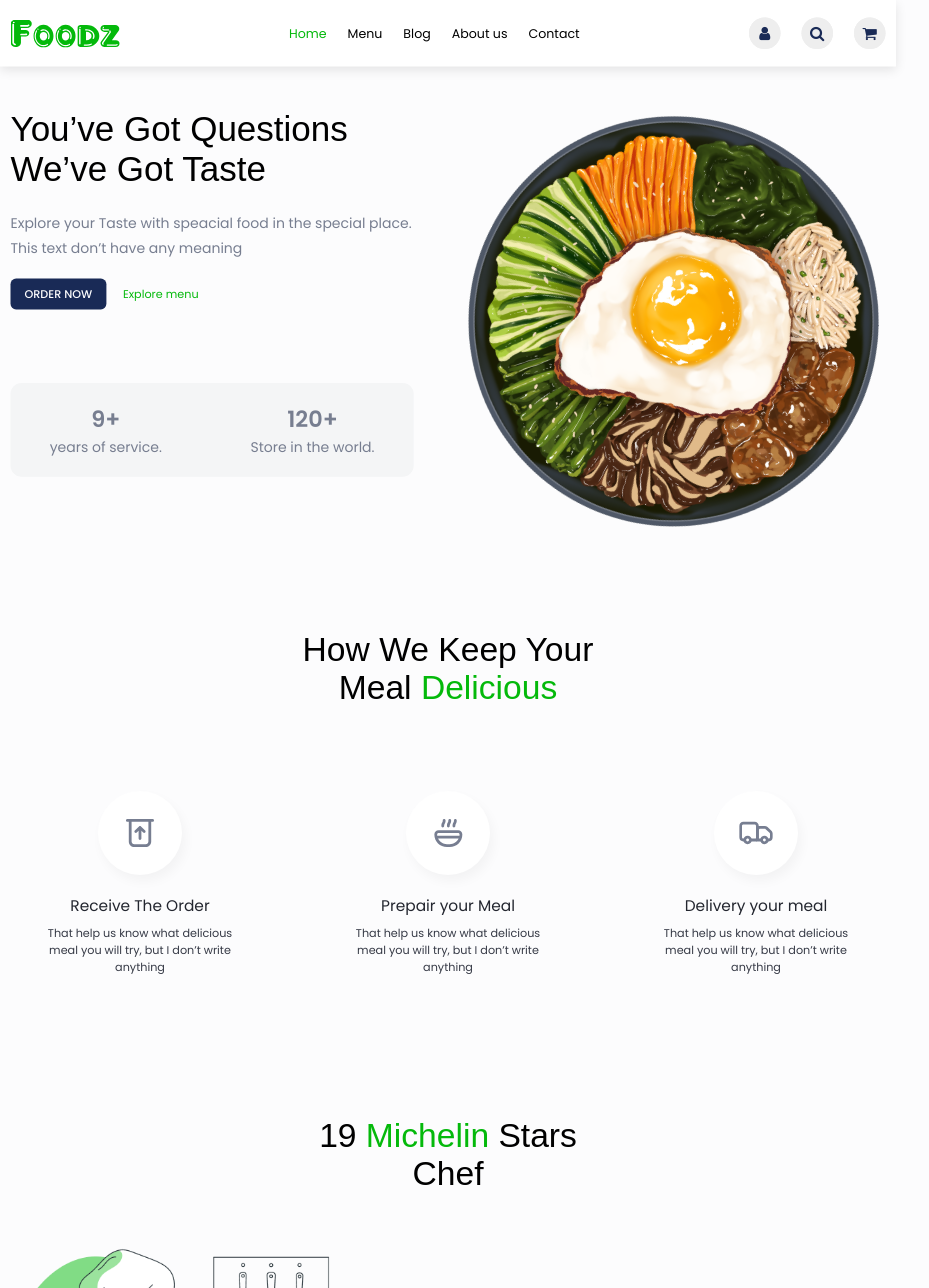
Repository: Toan3333/fooz
Page: index.html
An editor plug-in stored every save of this project. The page is shown before and after the next save, followed by the edit.
The browser window is 1280 px wide. The page is 1327 px wide, then 1324 px, so the pictures cover 1327 px, including what lies to the right of the window. The pictures show the part of the page from y = 0 to 1840 px (the page is 5694 px tall), at 70% of full size.
Some web fonts or font styles are not loaded; a fallback is used.

Above is the page before, as saved 2023-06-09 10:58:52.
Console error: TypeError: Cannot read properties of null (reading 'classList')

After the next save:
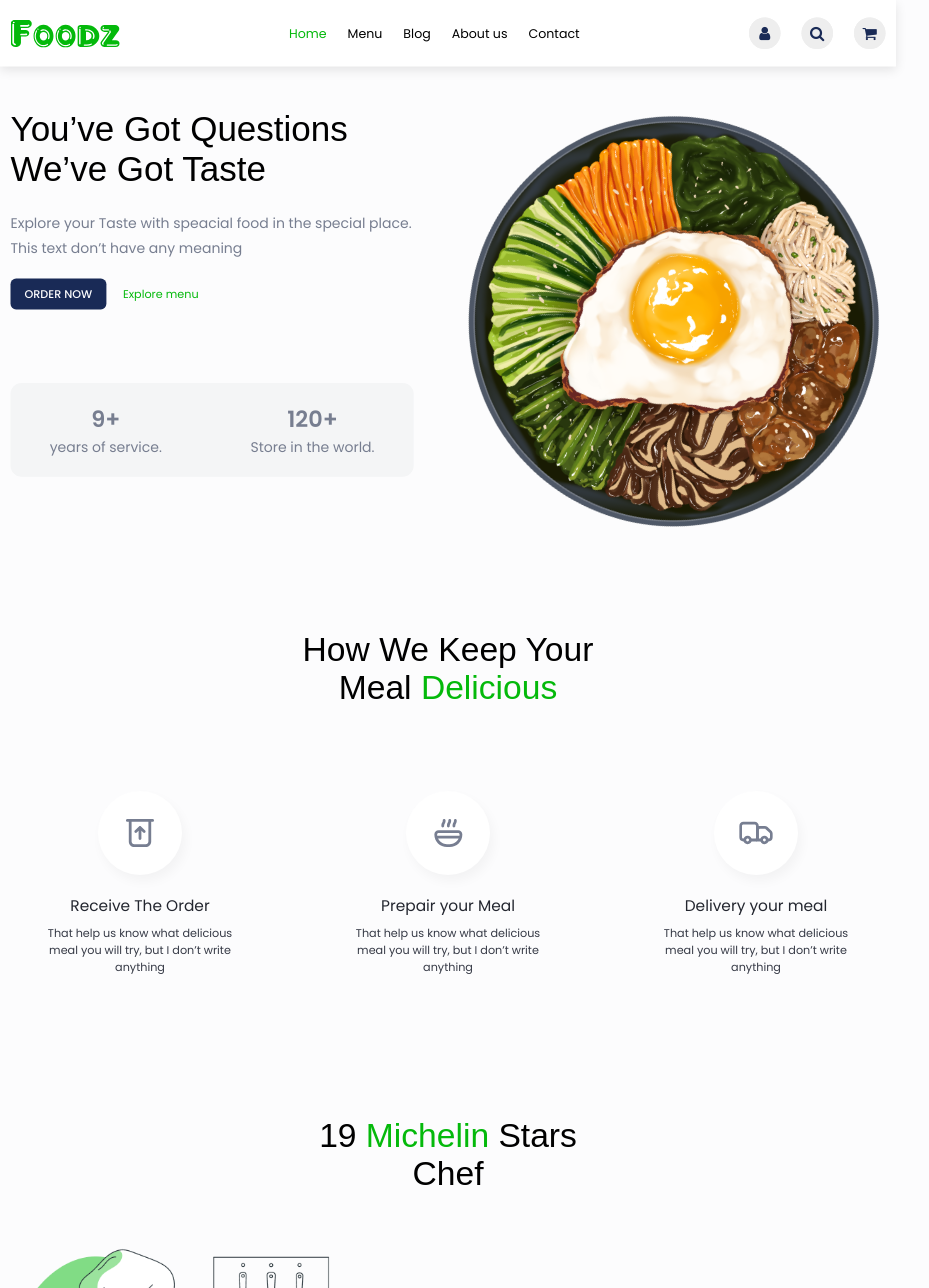
The error is gone.
Saved 5 s later.
--- a/assets/js/app.js
+++ b/assets/js/app.js
@@ -5,10 +5,3 @@ function fadeOut() {
   setInterval(loader, 3000);
 }
 window.onload = fadeOut();
-window.onscroll = () => {
-  if (window.scrollY > 60) {
-    document.querySelector("#scroll-top").classList.add("active");
-  } else {
-    document.querySelector("#scroll-top").classList.remove("active");
-  }
-};
